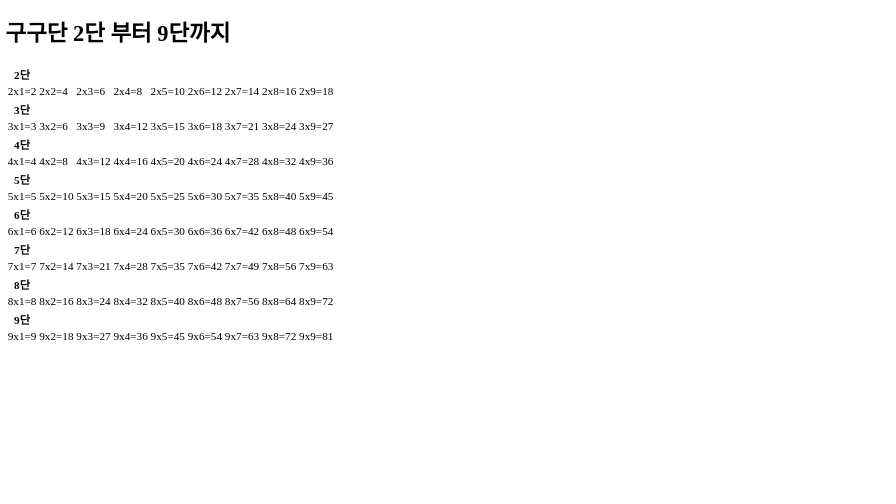
Repository: hyeongu135-ui/Jsp2026
Page: http://localhost/chapter01/test02.jsp
The author's editor kept a copy of each file at every save. The page is drawn from the files as they stood at one save, then again after the next save.
The browser window is 1280 px wide. The pictures show the whole page, at 70% of full size.
The page is served by Tomcat 9.

Above is the page before, as saved 2026-10-16 04:19:28.

After the next save:
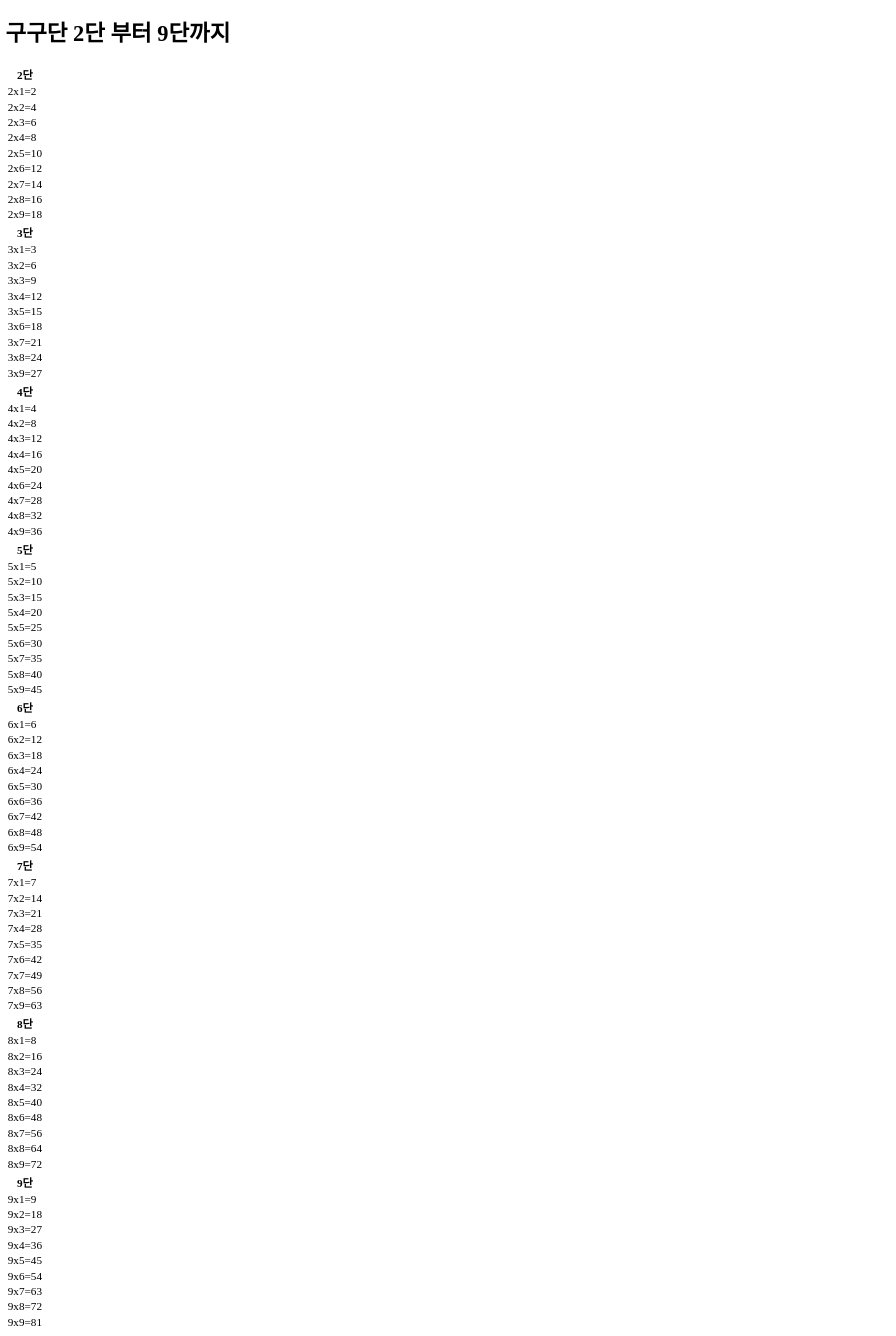
Saved 10 s later.
--- a/chapter01/src/main/webapp/test02.jsp
+++ b/chapter01/src/main/webapp/test02.jsp
@@ -28,7 +28,7 @@
 			int sum = (i * j);
 		%>
 
-			<td><%=i + "x" + j + "=" + sum%></td>
+			<td><%=i + "x" + j + "=" + sum%></td></tr>
 		<%
 		}
 		%></tr>
